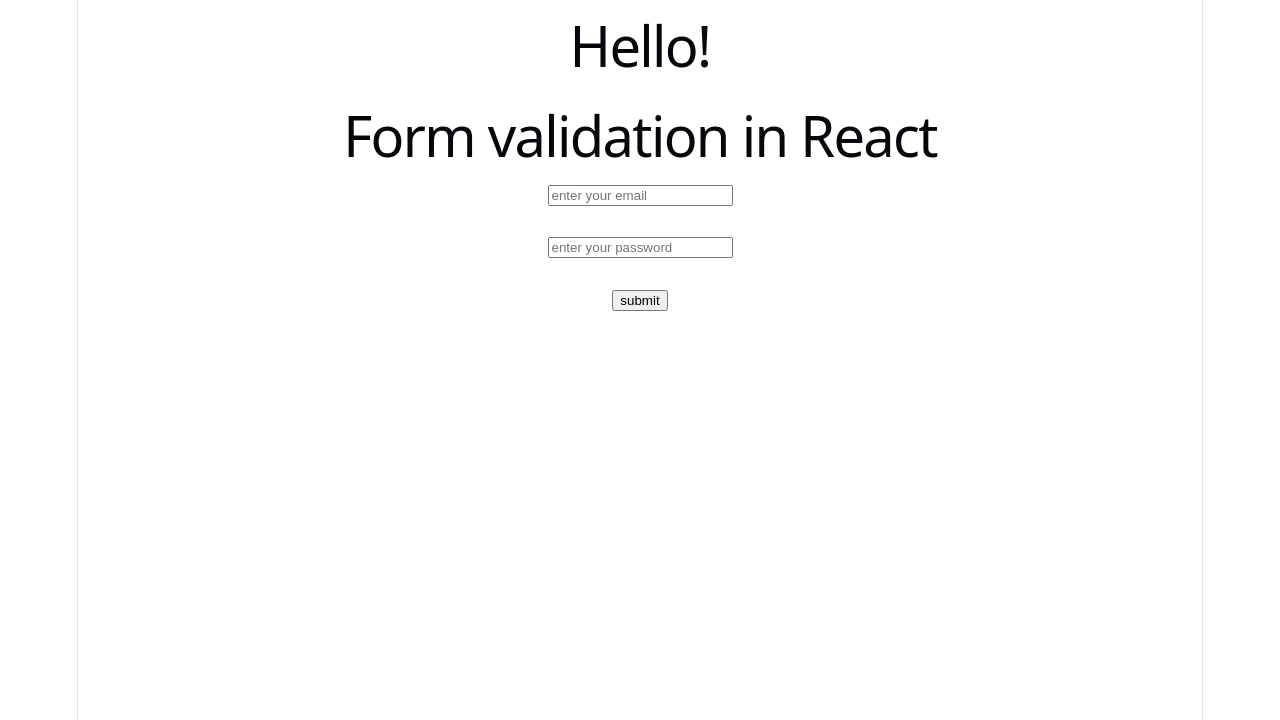
Repository: Gulzarokz/React_Course_Review
Page: / (app in vite-Project/)
These files come from the project's save history. The page is drawn as it stood at one moment and after the next save; the edit follows.
The browser window is 1280 px wide. The pictures show the whole page.
The project was rebuilt for these pictures with package versions that can differ from the ones it lists, and the page was loaded fresh each time. Also part of the build but not shown: vite-Project/vite.config.js, vite-Project/src/App.css.

Above is the page before, as saved 2026-04-22 11:54:22.

After the next save:
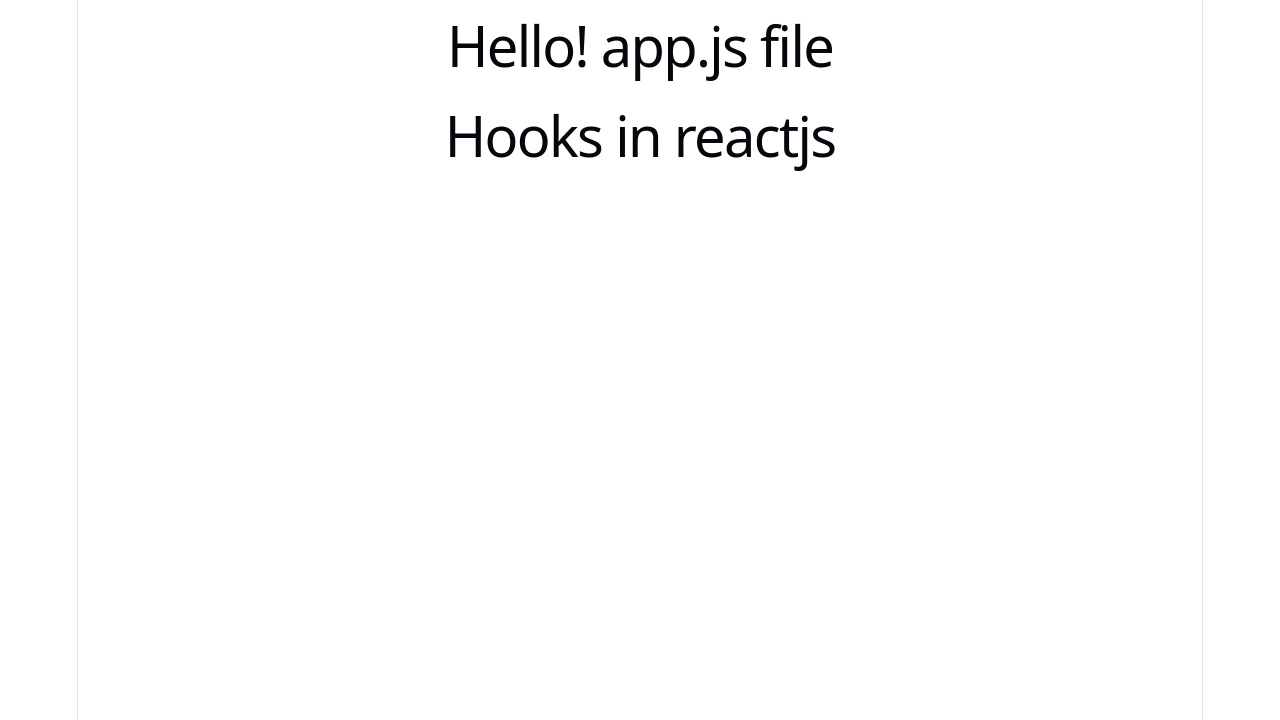
Saved 40 s later.
--- a/vite-Project/src/App.jsx
+++ b/vite-Project/src/App.jsx
@@ -1,6 +1,5 @@
 import './App.css';
-import FormValidation from './FormValidation';
-// import PassFunctionAsProps from './PassFunctionAsProps';
+import HooksUseState from './HooksUseState';
 
 function App() {
 
@@ -9,8 +8,9 @@ function App() {
   // }
   return (
     <>
-      <h1>Hello!</h1>
-      <FormValidation />
+      <h1>Hello! app.js file</h1>
+      <HooksUseState />
+
 
 
     </>
